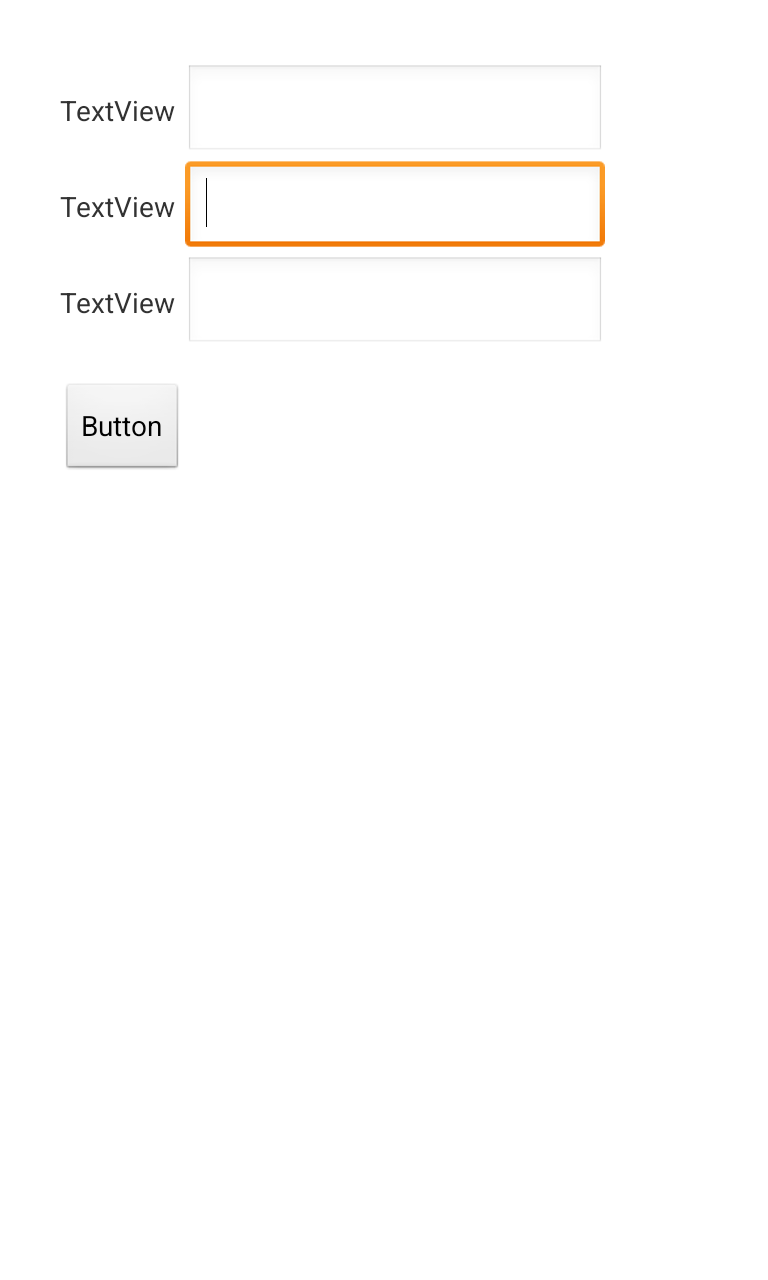
Repository: alexcpp2013/Solving-Quadratic-Equations-Android-Java-C--
Layout: src/Workspace3Cpp/SolvingEquation/res/layout/activity_main.xml
The author's editor kept a copy of each file at every save. The layout is drawn from the files as they stood at one save, then again after the next save.
It is drawn on a 768 x 1280 px phone screen (xhdpi) without system bars, with theme AppTheme; the app's code is not run.

Above is the layout before, as saved 2014-02-11 07:34:26.

### src/Workspace3Cpp/SolvingEquation/res/layout/activity_main.xml
<RelativeLayout xmlns:android="http://schemas.android.com/apk/res/android"
    xmlns:tools="http://schemas.android.com/tools"
    android:layout_width="match_parent"
    android:layout_height="match_parent"
    android:paddingBottom="@dimen/activity_vertical_margin"
    android:paddingLeft="@dimen/activity_horizontal_margin"
    android:paddingRight="@dimen/activity_horizontal_margin"
    android:paddingTop="@dimen/activity_vertical_margin"
    tools:context=".MainActivity" >

    <TextView
        android:id="@+id/textView2"
        android:layout_width="wrap_content"
        android:layout_height="wrap_content"
        android:layout_alignBaseline="@+id/editText3"
        android:layout_alignBottom="@+id/editText3"
        android:layout_alignLeft="@+id/textView1"
        android:text="TextView" />

    <TextView
        android:id="@+id/textView3"
        android:layout_width="wrap_content"
        android:layout_height="wrap_content"
        android:layout_alignBaseline="@+id/editText1"
        android:layout_alignBottom="@+id/editText1"
        android:layout_alignLeft="@+id/textView2"
        android:text="TextView" />

    <EditText
        android:id="@+id/editText3"
        android:layout_width="wrap_content"
        android:layout_height="wrap_content"
        android:layout_alignLeft="@+id/editText2"
        android:layout_below="@+id/editText2"
        android:ems="10" >

        <requestFocus />
    </EditText>

    <EditText
        android:id="@+id/editText2"
        android:layout_width="wrap_content"
        android:layout_height="wrap_content"
        android:layout_alignParentTop="true"
        android:layout_marginTop="16dp"
        android:layout_toRightOf="@+id/button1"
        android:ems="10" />

    <TextView
        android:id="@+id/textView1"
        android:layout_width="wrap_content"
        android:layout_height="wrap_content"
        android:layout_alignBaseline="@+id/editText2"
        android:layout_alignBottom="@+id/editText2"
        android:layout_alignParentLeft="true"
        android:layout_marginLeft="14dp"
        android:text="TextView" />

    <EditText
        android:id="@+id/editText1"
        android:layout_width="wrap_content"
        android:layout_height="wrap_content"
        android:layout_alignLeft="@+id/editText3"
        android:layout_below="@+id/editText3"
        android:ems="10" />

    <Button
        android:id="@+id/button1"
        android:layout_width="wrap_content"
        android:layout_height="wrap_content"
        android:layout_alignLeft="@+id/textView3"
        android:layout_below="@+id/editText1"
        android:layout_marginTop="15dp"
        android:text="Button" />

</RelativeLayout>

Loaded but not shown: src/Workspace3Cpp/SolvingEquation/res/values/styles.xml (common file); src/Workspace3Cpp/SolvingEquation/res/values/dimens.xml (common file)

After the next save:
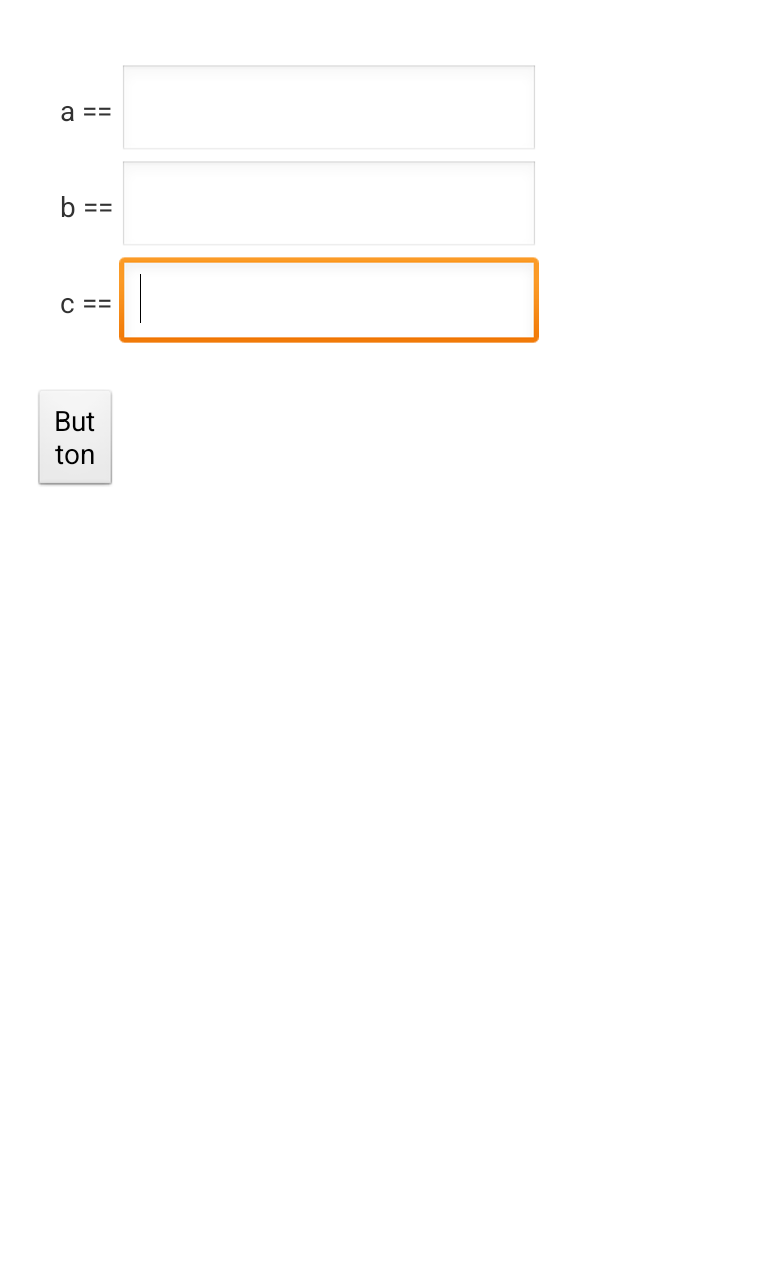
Saved 5 min 17 s later.
--- a/src/Workspace3Cpp/SolvingEquation/res/layout/activity_main.xml
+++ b/src/Workspace3Cpp/SolvingEquation/res/layout/activity_main.xml
@@ -9,13 +9,23 @@
     tools:context=".MainActivity" >
 
     <TextView
+        android:id="@+id/textView1"
+        android:layout_width="wrap_content"
+        android:layout_height="wrap_content"
+        android:layout_alignBaseline="@+id/editText2"
+        android:layout_alignBottom="@+id/editText2"
+        android:layout_alignParentLeft="true"
+        android:layout_marginLeft="14dp"
+        android:text="a == " />
+
+    <TextView
         android:id="@+id/textView2"
         android:layout_width="wrap_content"
         android:layout_height="wrap_content"
         android:layout_alignBaseline="@+id/editText3"
         android:layout_alignBottom="@+id/editText3"
         android:layout_alignLeft="@+id/textView1"
-        android:text="TextView" />
+        android:text="b == " />
 
     <TextView
         android:id="@+id/textView3"
@@ -24,16 +34,15 @@
         android:layout_alignBaseline="@+id/editText1"
         android:layout_alignBottom="@+id/editText1"
         android:layout_alignLeft="@+id/textView2"
-        android:text="TextView" />
+        android:text="c == " />
 
     <EditText
-        android:id="@+id/editText3"
+        android:id="@+id/editText1"
         android:layout_width="wrap_content"
         android:layout_height="wrap_content"
-        android:layout_alignLeft="@+id/editText2"
-        android:layout_below="@+id/editText2"
+        android:layout_alignLeft="@+id/editText3"
+        android:layout_below="@+id/editText3"
         android:ems="10" >
-
         <requestFocus />
     </EditText>
 
@@ -46,31 +55,21 @@
         android:layout_toRightOf="@+id/button1"
         android:ems="10" />
 
-    <TextView
-        android:id="@+id/textView1"
+    <EditText
+        android:id="@+id/editText3"
         android:layout_width="wrap_content"
         android:layout_height="wrap_content"
-        android:layout_alignBaseline="@+id/editText2"
-        android:layout_alignBottom="@+id/editText2"
-        android:layout_alignParentLeft="true"
-        android:layout_marginLeft="14dp"
-        android:text="TextView" />
-
-    <EditText
-        android:id="@+id/editText1"
-        android:layout_width="wrap_content"
-        android:layout_height="wrap_content"
-        android:layout_alignLeft="@+id/editText3"
-        android:layout_below="@+id/editText3"
+        android:layout_alignLeft="@+id/editText2"
+        android:layout_below="@+id/editText2"
         android:ems="10" />
 
     <Button
         android:id="@+id/button1"
         android:layout_width="wrap_content"
         android:layout_height="wrap_content"
-        android:layout_alignLeft="@+id/textView3"
+        android:layout_alignRight="@+id/textView3"
         android:layout_below="@+id/editText1"
-        android:layout_marginTop="15dp"
+        android:layout_marginTop="18dp"
         android:text="Button" />
 
 </RelativeLayout>
